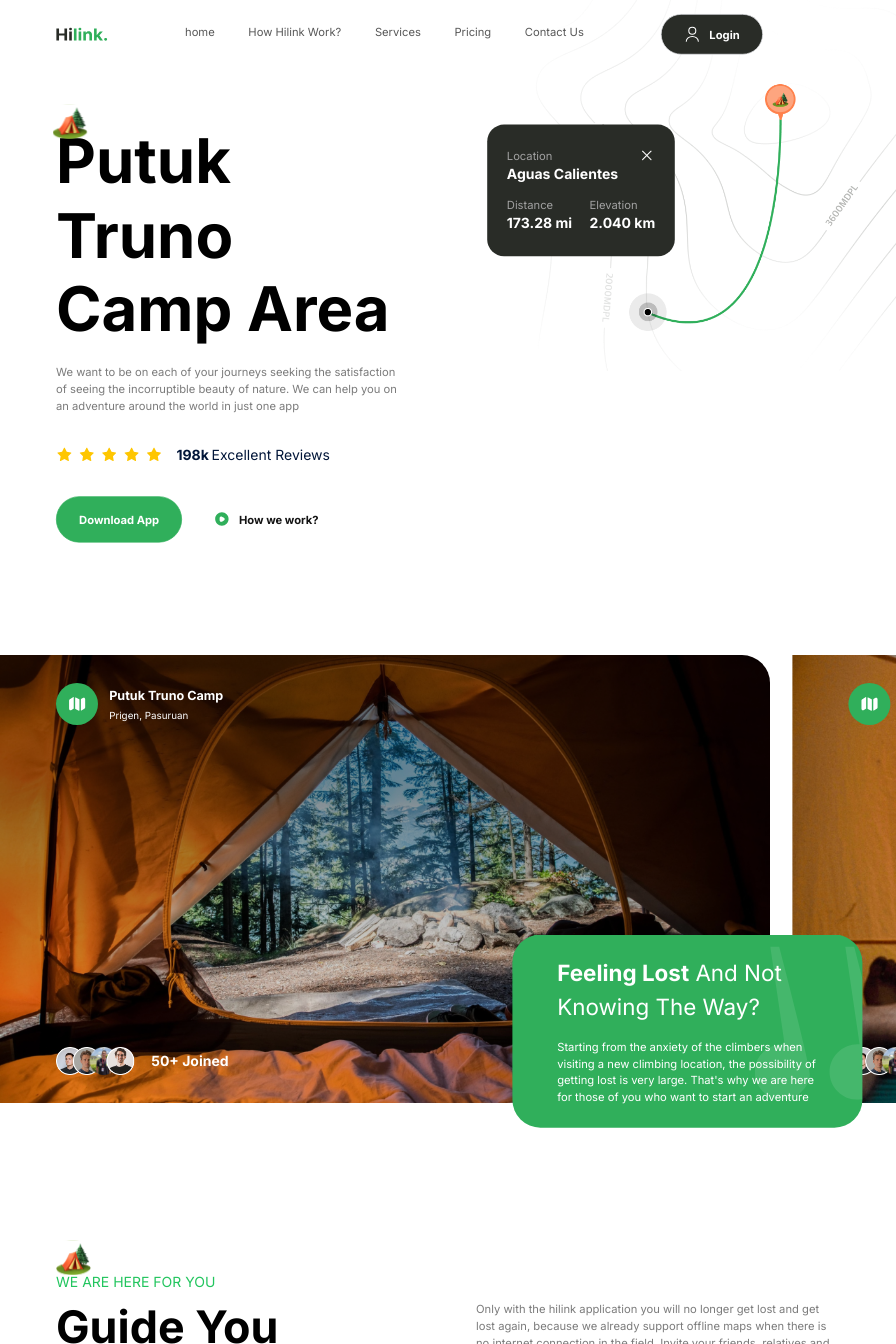
Repository: abdulrahmanmahmood/Travel-App
Page: /
The author's editor kept a copy of each file at every save. The page is drawn from the files as they stood at one save, then again after the next save.
The browser window is 1280 px wide. The pictures show the part of the page from y = 0 to 1920 px (the page is 4955 px tall), at 70% of full size.
The project was rebuilt for these pictures with package versions that can differ from the ones it lists, and the page was loaded fresh each time. The framework's server and built-in components were replaced by stand-ins that run in the browser. Also part of the build but not shown: next.config.js.

Above is the page before, as saved 2023-11-10 11:19:07.

### app/layout.tsx
import './globals.css'
import type { Metadata } from 'next';
import './globals.css'
import Navbar from '@/components/Navbar';
import Footer from '@/components/Footer';


export const metadata: Metadata = {
  title: 'Travel',
  description: 'Travel UI/UX App for camping',
}

export default function RootLayout({
  children,
}: {
  children: React.ReactNode
}) {
  return (
    <html lang="en">
      <body >
        <Navbar/>
        {children}
        <Footer/>
      </body>
    </html>
  )
}

### app/page.tsx
import Features from "@/components/Features"
import GetApp from "@/components/GetApp"
import Guide from "@/components/Guide"
import Hero from "@/components/Hero"
import Camp from "@/components/camp"

export default function Home() {
  return (
    <>
    <Hero/>
    <Camp/>
    <Guide/>
    <Features/>
    <GetApp/>
 </>
  )
}

### app/globals.css
@import url('https://fonts.googleapis.com/css2?family=Inter:wght@400;500;600;700;800&display=swap');

@tailwind base;
@tailwind components;
@tailwind utilities;

* {
  margin: 0;
  padding: 0;
  box-sizing: border-box;
}

body {
  font-family: Inter;
}

@layer utilities {
  .btn_white {
    @apply  border-white bg-white px-8 py-3 text-green-50
  }
  .btn_white_text  {
    @apply  border-white bg-white px-8 py-3 text-gray-90
  }
  .btn_green  {
    @apply  border-green-50 bg-green-50 px-8 py-5 text-white
  }
  .btn_dark_green {
    @apply  bg-green-90 px-8 py-4 text-white transition-all hover:bg-black
  }
  .btn_dark_green_outline  {
    @apply border-gray-20 bg-green-90 px-8 py-5 text-white
  }

  .max-container {
    @apply mx-auto max-w-[1440px];
  }

  .padding-container {
    @apply px-6 lg:px-20 3xl:px-0;
  }

  .flexCenter {
    @apply flex items-center justify-center;
  }

  .flexBetween {
    @apply flex items-center justify-between;
  }

  .flexStart {
    @apply flex items-center justify-start;
  }

  .flexEnd {
    @apply flex items-center justify-end;
  }

  /* FONTS */
  .regular-64 {
    @apply text-[64px] font-[400] leading-[120%];
  }

  .regular-40 {
    @apply text-[40px] font-[400] leading-[120%];
  }

  .regular-32 {
    @apply text-[32px] font-[400];
  }

  .regular-24 {
    @apply text-[24px] font-[400];
  }

  .regular-20 {
    @apply text-[20px] font-[400];
  }

  .regular-18 {
    @apply text-[18px] font-[400];
  }

  .regular-16 {
    @apply text-[16px] font-[400];
  }

  .regular-14 {
    @apply text-[14px] font-[400];
  }

  .medium-14 {
    @apply text-[14px] font-[600];
  }

  .bold-88 {
    @apply text-[88px] font-[700] leading-[120%];
  }

  .bold-64 {
    @apply text-[64px] font-[700] leading-[120%];
  }

  .bold-52 {
    @apply text-[52px] font-[700] leading-[120%];
  }

  .bold-40 {
    @apply text-[40px] font-[700] leading-[120%];
  }

  .bold-32 {
    @apply text-[32px] font-[700] leading-[120%];
  }

  .bold-20 {
    @apply text-[20px] font-[700];
  }

  .bold-18 {
    @apply text-[18px] font-[700];
  }

  .bold-16 {
    @apply text-[16px] font-[700];
  }

  /* Hero */
  .hero-map {
    @apply absolute right-0 top-0 h-screen w-screen bg-pattern-2 bg-cover bg-center md:w-[800px] md:-right-0 md:mt-[50px] xl:-top-60;
  }

  /* Camp */
  .camp-quote {
    @apply absolute -right-6 bottom-4 w-[140px] lg:bottom-10 xl:-right-8 xl:w-[186px] 3xl:right-0;
  }

  /* Feature */
  .feature-phone {
    @apply absolute top-[13%] z-10 hidden max-w-[1500px] rotate-[15deg] md:-left-16 lg:flex  3xl:left-20;
  }

  /* Get App */
  .get-app {
    @apply max-container relative flex w-full  flex-col justify-between gap-32 overflow-hidden bg-green-90 bg-pattern bg-cover bg-center bg-no-repeat px-6 py-12 text-white sm:flex-row sm:gap-12 sm:py-24 lg:px-20 xl:max-h-[598px] 2xl:rounded-5xl;
  }
}

/* Hide scrollbar for Chrome, Safari and Opera */
.hide-scrollbar::-webkit-scrollbar {
  display: none;
}

/* Hide scrollbar for IE, Edge and Firefox */
.hide-scrollbar {
  -ms-overflow-style: none; /* IE and Edge */
  scrollbar-width: none; /* Firefox */
}

### components/Navbar.tsx
import { NAV_LINKS } from "@/constants";
import Image from "next/image";
import Link from "next/link";
import Button from "./Button";

const Navbar = () => {
  return (
    <nav
      className=" flexBetween max-container padding-container relative z-30
    py-5"
    >
      <Link href="/">
        <Image src="/hilink-logo.svg" alt="logo" width={74} height={28} />
      </Link>
      <ul className="hidden h-full gap-12 lg:flex">
        {NAV_LINKS.map((link) => (
          <Link
            href={link.href}
            key={link.key}
            className="regular-16 text-gray-50 flexCenter cursor-pointer pb-1.5 transition-all hover:font-bold"
          >
            {link.label}
          </Link>
        ))}
      </ul>
      <div className="lg:flexCenter  hidden ">
        <Button
          type="button"
          title="Login"
          icon="/user.svg"
          variant="btn_dark_green"
        />
      </div>
      <Image
        src="/menu.svg"
        alt="menu"
        width={32}
        height={32}
        className="inline-block cursor-pointer lg:hidden"
      />
      <header/>
    </nav>
  );
};
const header = () => {
  return (
    <div className="flex flex-col">
      <ul className="hidden h-full gap-12 lg:flex">
        {NAV_LINKS.map((link) => (
          <Link
            href={link.href}
            key={link.key}
            className="regular-16 text-gray-50 flexCenter cursor-pointer pb-1.5 transition-all hover:font-bold"
          >
            {link.label}
          </Link>
        ))}
      </ul>
      <div className="lg:flexCenter  hidden ">
        <Button
          type="button"
          title="Login"
          icon="/user.svg"
          variant="btn_dark_green"
        />
      </div>
    </div>
  );
};

export default Navbar;

### components/Footer.tsx
import { FOOTER_CONTACT_INFO, FOOTER_LINKS, SOCIALS } from "@/constants";
import Image from "next/image";
import Link from "next/link";
import React from "react";

const Footer = () => {
  return (
    <footer className="flexCenter mb-24 ">
      <div className="padding-container max-container flex w-full flex-col gap-14 ">
        <div className="flex flex-col items-start justify-center gap-[10%] md:flex-row ">
          <Link href="/" className="mb-10">
            <Image src="hilink-logo.svg" alt="logo" width={74} height={29} />
          </Link>
          <div className="flex flex-wrap gap-10 sm:justify-between md:flex-1">
            {FOOTER_LINKS.map((columns) => (
              <FooterColumn title={columns.title}>
                <ul className="regular-14 flex flex-col gap-4 text-gray-30">
                  {columns.links.map((link) => (
                    <Link href="/" key={link}>
                      {link}
                    </Link>
                  ))}
                </ul>
              </FooterColumn>
            ))}

            <div className="flex flex-col gap-5">
                    <FooterColumn title={FOOTER_CONTACT_INFO.title}>
                      {FOOTER_CONTACT_INFO.links.map((link)=>(
                        <Link href='/' key={link.label} className="flex gap-4 md:flex-col lg:flex-row">
                        <p className="whitespace-nowrap">
                          {link.label}:
                        </p>
                        <p className="medium-14 whitespace-nowrap text-blue-70">{link.value}</p>
                        </Link>
                      ))}
                    </FooterColumn>
            </div>
            <div className="flex flex-col gap-5 ">
                      <FooterColumn title={SOCIALS.title}>
                          <ul className="regular-14 flex gap-4 text-gray-30">
                            {SOCIALS.links.map((link)=>(
                              <Link href='link' key={link}>
                                <Image src={link} alt="logo" width={24} height={24}/>
                              </Link>
                            ))}
                          </ul>
                      </FooterColumn>
            </div>
          </div>
        </div>
        <div className="border bg-gray-20 "/>
        <p className="regular-14 w-full text-center text-gray-30">2023 Hilink | All rights reserved</p>
      </div>
    </footer>
  );
};
type FooterColumnProps = {
  title: string;
  children: React.ReactNode;
};

const FooterColumn = ({ title, children }: FooterColumnProps) => {
  return (
    <div className="flex flex-col gap-5 ">
      <h4 className="bold-18 whitespace-nowrap">{title}</h4>
      {children}
    </div>
  );
};

export default Footer;

### components/Features.tsx
import { FEATURES } from "@/constants";
import Image from "next/image";
import { title } from "process";

function Features() {
  return (
    <section className=" flex-col  flexCenter overflow-hidden bg-feature-bg bg-center bg-no-repeat py-24">
      <div className="flex max-container padding-container relative w-full justify-end">
        <div className="flex flex-1 lg:min-h-[900px]">
          <Image
            src="/phone.png"
            alt="phone"
            height={1000}
            width={440}
            className="feature-phone"
          />
        </div>
        <div className="z-20 flex w-full flex-col  lg:w-[60%]">
          <div className="relative ">
            <Image
              src="/camp.svg"
              alt="camp"
              width={50}
              height={50}
              className="absolute top-[-30px] left-[5px] w-10 lg:w-[50px]"
            />
            <h2 className="bold-40 lg:bold-64 -mt-1">Our Features</h2>
          </div>
          <ul className="mt-10 grid gap-10 md:grid-cols-2 lg:mt-20 lg:gap-20 ">
            {FEATURES.map((feature) => (
              <FeatureItem
                key={feature.title}
                icon={feature.icon}
                title={feature.title}
                description={feature.description}
              />
            ))}
          </ul>
        </div>
      </div>
    </section>
  );
}
type FeatureItem = {
  title: string;
  icon: string;
  description: string;
};

const FeatureItem = ({ title, icon, description }: FeatureItem) => {
  return(
  <li className="flex w-full flex-1 flex-col items-start">
    <div className="rounded-full p-4 lg:p-7 bg-green-50">
      <Image src={icon} alt="featureItemImage" width={28} height={28}/>
    </div>
    <h2 className="bold-20 lg:bold-32  mt-5 capitalize">{title}</h2>
    <p className="regular-16 mt-5 bg-white/80 text-gray-30 lg:mt-[30px] lg:bg-none">{description}</p>
  </li>)
};

export default Features;

### components/GetApp.tsx
import Image from "next/image";
import Button from "./Button";

function GetApp() {
  return (
    <section className="flexCenter w-full flex-col pb-[100px]">
      <div className="get-app">
        <div className=" z-20 flex w-full flex-1 flex-col items-start justify-center gap-12">
          <h2 className="bold-40 lg:bold-64 xl:max-w-[320px]">
            Get for free now!{" "}
          </h2>
          <p className="regular-16 text-gray-10">
            Available on iOS and Android
          </p>
          <div className="flex w-full flex-col gap-3 whitespace-nowrap xl:flex-row">
            <Button
              type="button"
              title="App Store"
              variant="btn_white"
              icon="/apple.svg"
              full
            />
            <Button
              type="button"
              title="Play Store "
              variant="btn_dark_green_outline"
              icon="/android.svg"
              full
            />
          </div>
        </div>
        <div className="flex flex-1 items-center justify-end">
          <Image src='/phones.png' alt="phones" width={550} height={870}/>
        </div>
      </div>
    </section>
  );
}

export default GetApp;

### components/Guide.tsx
import Image from "next/image";

function Guide() {
  return (
    <section className="flexCenter flex-col">
      <div className=" padding-container max-container w-full pb-24  ">
        <Image src="/camp.svg" alt="camp" width={50} height={50} />
        <p className="uppercase text-xl bold text-green-500 -mt-1 mb-3 ">
          WE ARE here FOR YOU
        </p>
        <div className="flex flex-wrap justify-between gap-5 lg:gap-10">
          <h2 className="capitalize  bold-40 lg:bold-64 xl:max-w-[390px]">
            Guide You to Easy Path
          </h2>
          <p className=" regular-16 text-gray-30 xl:max-w-[520px]">
            Only with the hilink application you will no longer get lost and get
            lost again, because we already support offline maps when there is no
            internet connection in the field. Invite your friends, relatives and
            friends to have fun in the wilderness through the valley and reach
            the top of the mountain
          </p>
        </div>
      </div>
      <div className=" flexCenter max-container relative w-full ">
        <Image
          src="/boat.png"
          alt="image"
          width={1440}
          height={580}
          className="w-full object-cover object-center 2xl:rounded-5"
        />
        <div className="absolute flex bg-white py-8 pl-5 pr-7 gap-3 rounded-3xl border shadow-md md:left-[5%] lg:top-20">
          <Image src='/meter.svg' alt="meter" width={15} height={158} className="h-full w-auto"/>
          <div className="flexBetween flex-col ">
            <div className="flex w-full flex-col">
              <div className="flexBetween w-full ">
                <p className="regular-16 text-gray-500">Destination</p>
                <p className="bold-16 text-green-50">48 min</p>
              </div>
              <p className="bold-20 mt-2 mb-2 ">Aguas Calientes</p>
            </div>
            <div className="flex w-full flex-col">
              <p className="regular-16 text-gray-500 mt-4">Start track</p>
              <h4 className="bold-20 mt-2 whitespace-nowrap">Wonorejo Pasuruan</h4>
            </div>
          I</div>
        </div>
      </div>
    </section>
  );
}

export default Guide;

### components/Hero.tsx
import Image from "next/image";
import Button from "./Button";

function Hero() {
  return (
    <section className="max-container padding-container flex flex-col gap-20 py-10 pb-32 md:gap-28 lg:py-20 xl:flex-row">
      {/* LEFT */}
      <div className="hero-map " />

      <div className="relative z-20 flex flex-1 flex-col xl:w-1/2">
        <Image
          src="/camp.svg"
          alt="camp"
          width={50}
          height={50}
          className="absolute left-[-5px] top-[-30px] w-10 lg:w-[50px]"
        />
        <h1 className="bold-52 lg:bold-88">Putuk Truno Camp Area</h1>
        <p className="regular-16 mt-6 text-gray-30 xl:max-w-[520px]">
          We want to be on each of your journeys seeking the satisfaction of
          seeing the incorruptible beauty of nature. We can help you on an
          adventure around the world in just one app
        </p>
        <div className="my-11 flex flex-wrap gap-5">
          <div className="flex items-center gap-2">
            {Array(5)
              .fill(1)
              .map((_, index) => (
                <Image
                  key={index}
                  src="/star.svg"
                  alt="star"
                  width={24}
                  height={24}
                />
              ))}
          </div>
          <p className="bold-16 lg:bold-20 text-blue-70">
            198k
            <span className="regular-16 lg:regular-20 ml-1 ">
              Excellent Reviews
            </span>
          </p>
        </div>
        <div className="flex flex-col w-full gap-3 sm:flex-row">
          <Button
            type={"button"}
            title={"Download App"}
            variant={"btn_green"}
          />
          <Button
            type={"button"}
            title={"How we work?"}
            variant={"btn_white_text"}
            icon="/play.svg"
          />
        </div>
      </div>

      <div className="relative flex flex-1 items-start ">
        <div className="relative z-20 w-[268px] flex-col gap-8 rounded-3xl bg-green-90 px-7 py-8">
          <div className="fle flex-col">
            <div className="flexBetween">
              <p className="regular-16 text-gray-20">Location</p>
              <Image src="/close.svg" alt="close" width={24} height={24} />
            </div>
            <p className="bold-20 text-white">Aguas Calientes</p>
          </div>

          <div className="flexBetween  pt-4">
            <div className="flex flex-col">
              <p className="regular-16 block text-gray-20">Distance</p>
              <p className="bold-20 text-white">173.28 mi</p>
            </div>
            <div className="flex flex-col">
              <p className="regular-16 block text-gray-20">Elevation</p>
              <p className="bold-20 text-white">2.040 km</p>
            </div>
          </div>
        </div>
      </div>
    </section>
  );
}

export default Hero;

### components/camp.tsx
import { PEOPLE_URL } from "@/constants";
import Image from "next/image";
import { type } from "os";

interface CampProps {
  backgroundImage: string;
  title: string;
  subtitle: string;
  peoplejoined: string;
}

const CampSite = ({
  backgroundImage,
  title,
  subtitle,
  peoplejoined,
}: CampProps) => {
  return (
    <div
      className={`h-full w-full min-w-[1100px] ${backgroundImage} bg-cover bg-no-repeat lg:rounded-r-5xl 2xl:rounded-5xl `}
    >
      <div className="flex h-full flex-col items-start justify-between p-6 lg:px-20 lg:py-10 ">
        <div className=" flexCenter gap-4">
          <div className="rounded-full bg-green-50 p-4">
            <Image src="/folded-map.svg" alt="folded" height={28} width={28} />
          </div>
          <div className="flex flex-col gap-1">
            <h4 className="bold-18 text-white">{title}</h4>
            <p className="regular-14 text-white">{subtitle}</p>
          </div>
        </div>
        <div className="flexCenter gap-6 ">
          <span className="flex -space-x-4 overflow-hidden">
            {PEOPLE_URL.map((url, index) => (
              <Image
                src={url}
                key={index}
                height={53}
                width={53}
                alt="alt"
                className="inline-block h-10 w-10 r-4"
              />
            ))}
          </span>
          <p className="bold-16 md:bold-20 text-white">{peoplejoined}</p>
        </div>
      </div>
    </div>
  );
};

function camp() {
  return (
    <section className=" 2xl:max-container relative flex flex-col py-10 lg-mb-10 lg:py-20 xl:mb-20">
      <div className="hide-scrollbar flex h-[340px] w-full items-start justify-start gap-8 overflow-x-auto lg:h[400px] xl:h-[640px]">
        <CampSite
          backgroundImage="bg-bg-img-1"
          title="Putuk Truno Camp"
          subtitle="Prigen, Pasuruan"
          peoplejoined="50+ Joined"
        />
        <CampSite
          backgroundImage="bg-bg-img-2"
          title="Mountain View Camp"
          subtitle="Somewhere in the Wilderness"
          peoplejoined="50+ Joined"
        />
      </div>

      <div className=" flexEnd  mt-10 px-6 lg:-mt-60 lg:mr-6 ">
        <div
          className="bg-green-50 p-8 lg:max-w-[500px] xl:max-[734px]
        xl:rounded-5xl xl:px-16 px:py-20 relative w-full overflow-hidden rounded-3xl "
        >
          <h2 className="regular-24 md:regular-32 2xl:regular-64 text-white capitalize">
            <strong>Feeling Lost</strong> And Not Knowing The Way?
          </h2>
          <p className="regular-14 xl:regular-16 mt-5 text-white">
            Starting from the anxiety of the climbers when visiting a new
            climbing location, the possibility of getting lost is very large.
            That's why we are here for those of you who want to start an
            adventure
          </p>
          <Image
            src="/quote.svg"
            alt="camp-2"
            width={186}
            height={219}
            className="camp-quote"
          />
        </div>
      </div>
    </section>
  );
}

export default camp;

### constants/index.ts
export const NAV_LINKS = [
  {href:"/", key:"home", label:"home"},
  { href: '/', key: 'how_hilink_work', label: 'How Hilink Work?' },
  { href: '/', key: 'services', label: 'Services' },
  { href: '/', key: 'pricing ', label: 'Pricing ' },
  { href: '/', key: 'contact_us', label: 'Contact Us' },
]

export const PEOPLE_URL = [
  '/person-1.png',
  '/person-2.png',
  '/acpc-modified (1).png',
  '/person-4.png',
];


export const FEATURES = [
  {
    title: 'Real maps can be offline',
    icon: '/map.svg',
    variant: 'green',
    description:
      'We provide a solution for you to be able to use our application when climbing, yes offline maps you can use at any time there is no signal at the location',
  },
  {
    title: 'Set an adventure schedule',
    icon: '/calendar.svg',
    variant: 'green',
    description:
      "Schedule an adventure with friends. On holidays, there are many interesting offers from Hilink. That way, there's no more discussion",
  },
  {
    title: 'Technology using augment reality',
    icon: '/tech.svg',
    variant: 'green',
    description:
      'Technology uses augmented reality as a guide to your hiking trail in the forest to the top of the mountain. Already supported by the latest technology without an internet connection',
  },
  {
    title: 'Many new locations every month',
    icon: '/location.svg',
    variant: 'orange',
    description:
      'Lots of new locations every month, because we have a worldwide community of climbers who share their best experiences with climbing',
  },
];


export const FOOTER_LINKS = [
  {
    title: 'Learn More',
    links: [
      'About Hilink',
      'Press Releases',
      'Environment',
      'Jobs',
      'Privacy Policy',
      'Contact Us',
    ],
  },
  {
    title: 'Our Community',
    links: ['Climbing xixixi', 'Hiking hilink', 'Hilink kinthill'],
  },
];

export const FOOTER_CONTACT_INFO = {
  title: 'Contact Us',
  links: [
    { label: 'Admin Officer', value: '123-456-7890' },
    { label: 'Email Officer', value: 'hilink@akinthil.com' },
  ],
};

export const SOCIALS = {
  title: 'Social',
  links: [
    '/facebook.svg',
    '/instagram.svg',
    '/twitter.svg',
    '/youtube.svg',
    '/wordpress.svg',
  ],
};

### components/Button.tsx
import Image from "next/image";

type ButtonProps = {
  type: "button" | "submit";
  title: string;
  icon?: string;
  variant: string;
  full?:boolean;
};

function Button({ type, title, icon, variant, full }: ButtonProps) {
  return (
    <button
      type={type}
      className={`flexCenter gap-3 rounded-full border ${variant} ${full && 'w-full'}`}
    >
      {icon && <Image src={icon} alt={title} width={24} height={24} />}
      <label className="bold-16 whitespace-nowrap cursor-pointer">{title}</label>
    </button>
  );
}

export default Button;

Loaded but not shown: tailwind.config.ts (common file)

After the next save:
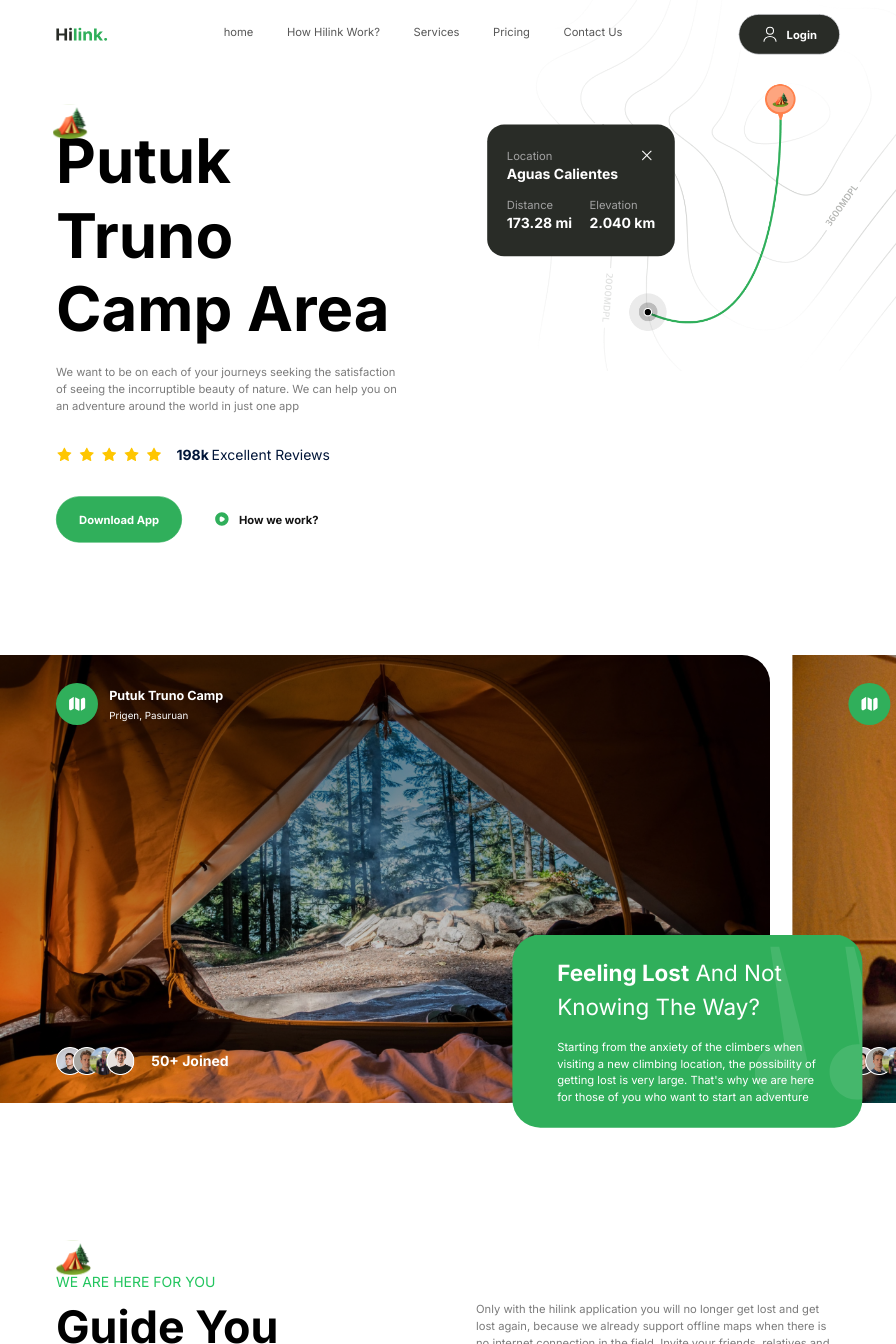
Saved 29 s later.
--- a/components/Navbar.tsx
+++ b/components/Navbar.tsx
@@ -38,7 +38,7 @@ const Navbar = () => {
         height={32}
         className="inline-block cursor-pointer lg:hidden"
       />
-      <header/>
+
     </nav>
   );
 };
